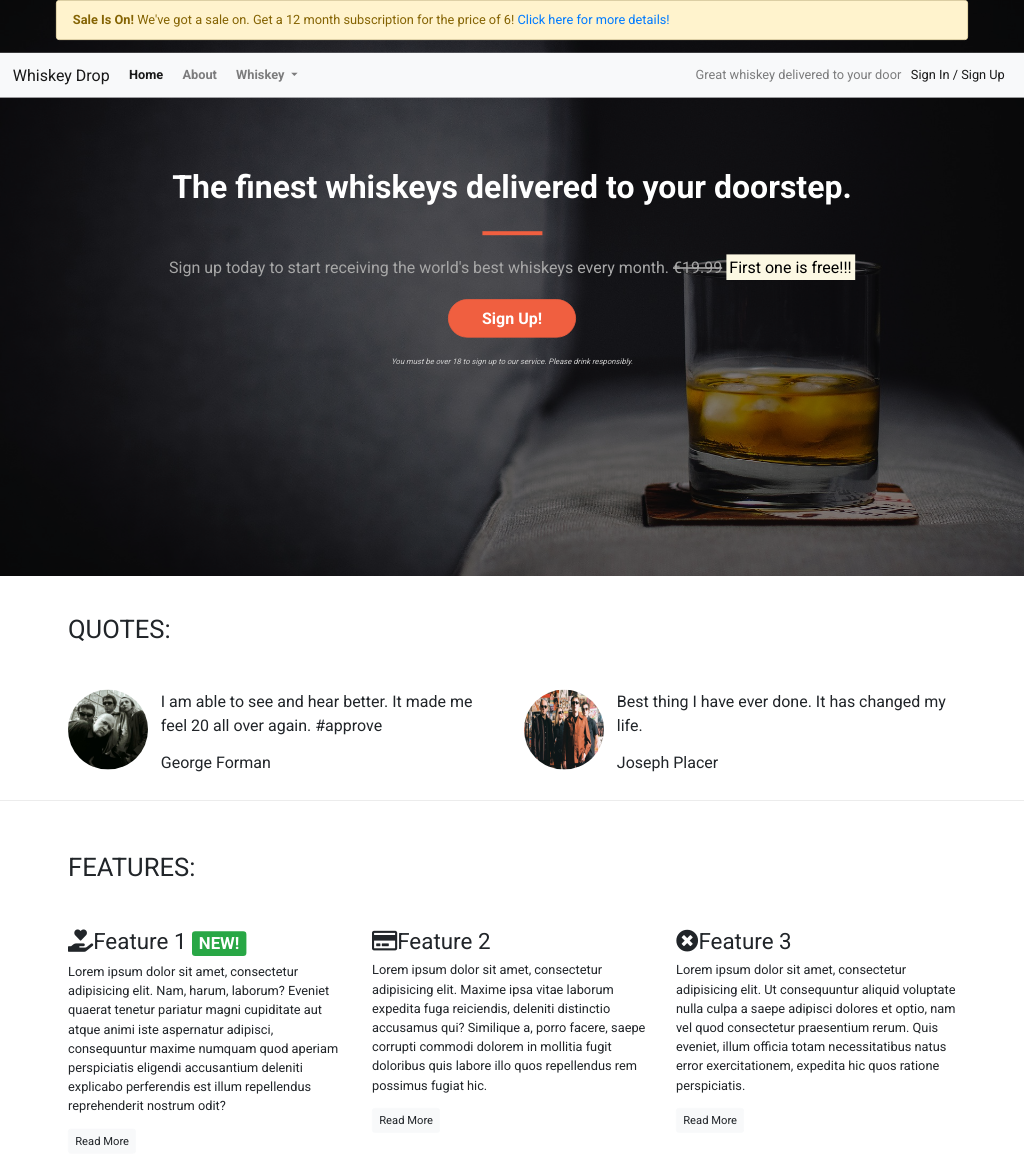
Repository: NamcorStudent/Dropdown-css
Page: bootstrap-whiskey/bootstrap.html
The author's editor kept a record of every edit. The page is drawn from the files as they stood at one moment, then again after the next edit.
The browser window is 1280 px wide. The pictures show the whole page, at 80% of full size.
Backgrounds fixed to the window are drawn as part of the page. Some web libraries are served in a nearby version.

Above is the page before.
Console error: TypeError: Cannot read properties of undefined (reading 'fn')

After the next edit:
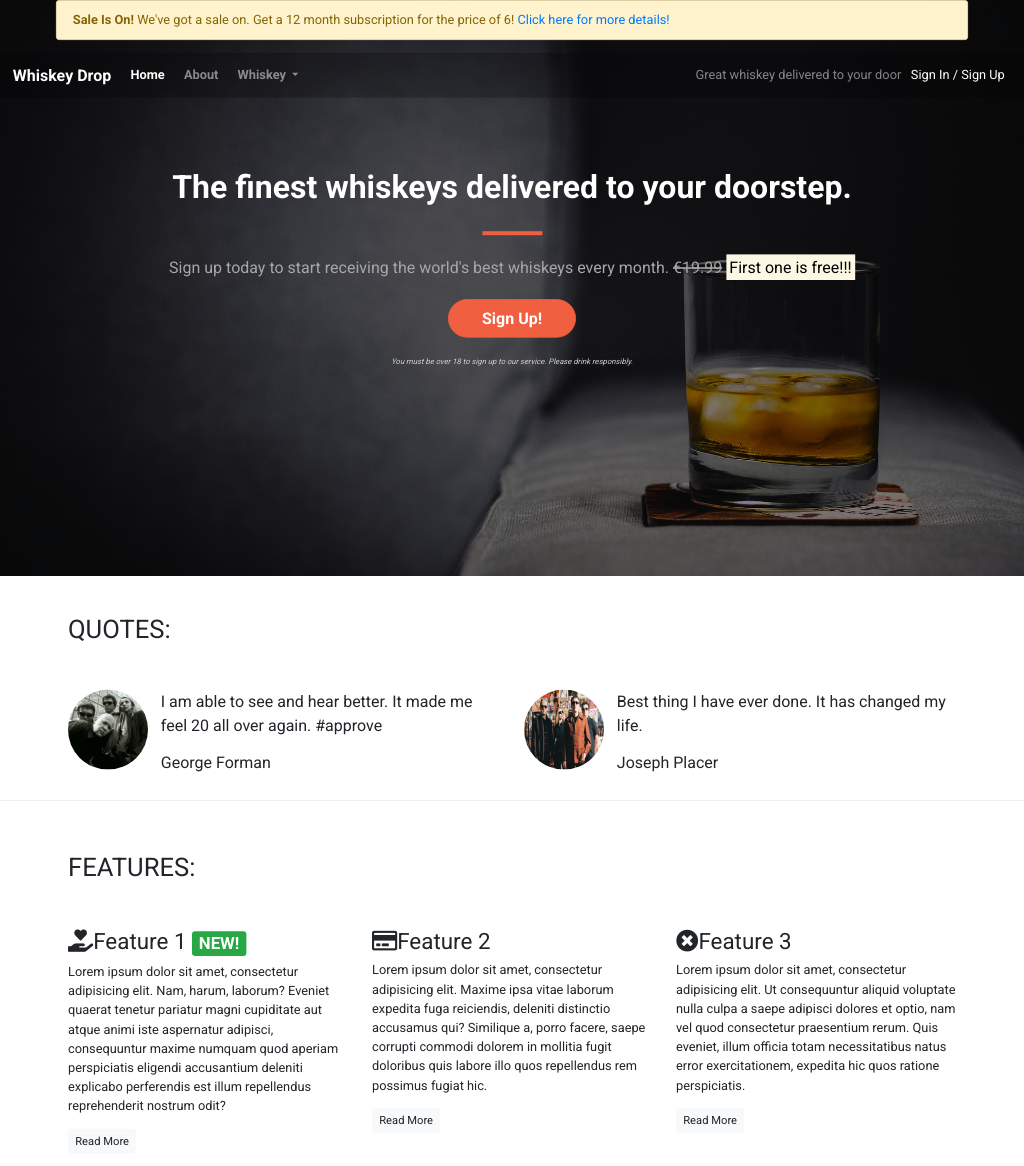
The edit:
--- a/bootstrap-whiskey/bootstrap.html
+++ b/bootstrap-whiskey/bootstrap.html
@@ -24,7 +24,7 @@
                 </div>
             </div>
         </div>
-        <nav class="navbar navbar-light bg-light navbar-expand-sm">
+        <nav class="navbar navbar-dark navbar-expand-sm">
             <a href="/logo" class="navbar-brand">Whiskey Drop</a>
             <button class="navbar-toggler" type="button" data-toggle="collapse" data-target="#navbarTogglerDropdown" aria-controls="navbarTogglerDemo02" aria-expanded="false" aria-label="Toggle navigation">
             <span class="navbar-toggler-icon"></span>
